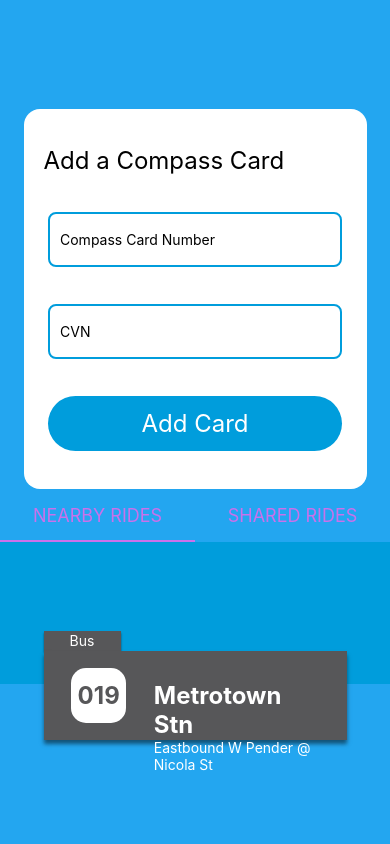
Repository: wilyyy/CompassPlus
Page: /
An editor plug-in stored every save of this project. The page is shown before and after the next save, followed by the edit.
The browser window is 390 px wide. The pictures show the whole page.
The app was drawn by React Native's web renderer in a window 390 px wide. The project was rebuilt for these pictures with package versions that can differ from the ones it lists, and the page was loaded fresh each time.

Above is the page before, as saved 2021-10-30 11:50:20.

After the next save:
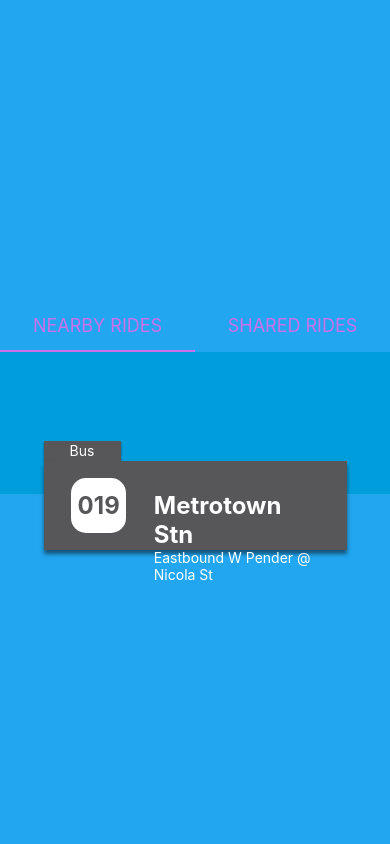
Saved 7 s later.
--- a/App.js
+++ b/App.js
@@ -10,7 +10,7 @@
 export default function App() {
   return (
     <View style={styles.container}>
-      <LinkCompassCard />
+      {/* <LinkCompassCard /> */}
       <RideCard />
       <SignUpTransitCard />
       <StatusBar style="auto" />
